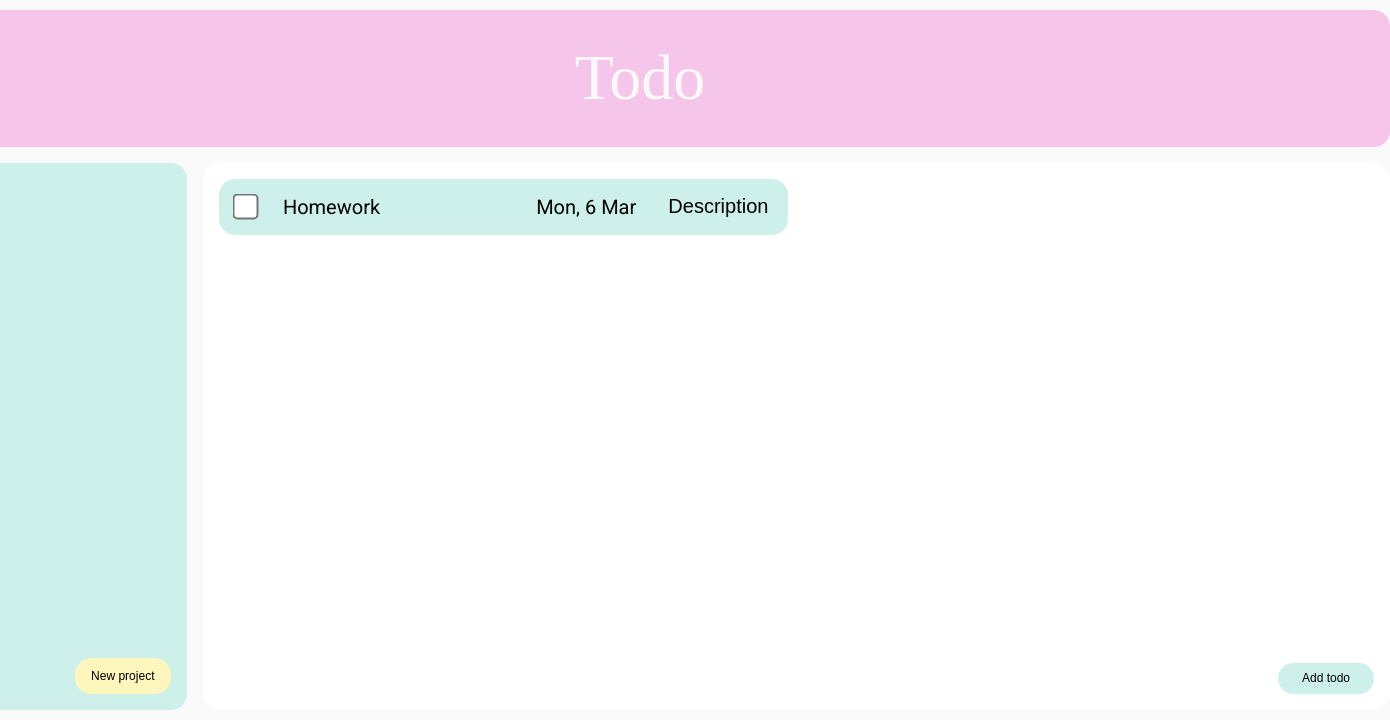
Repository: yeetzpxoci/todo-list
Page: dist/index.html
These files come from the project's save history. The page is drawn as it stood at one moment and after the next save; the edit follows.
The browser window is 1280 px wide. The page is 1390 px wide, so the pictures cover 1390 px, including what lies to the right of the window. The pictures show the whole page.
Some web fonts or font styles are not loaded; a fallback is used.

Above is the page before, as saved 2023-03-07 16:57:47.
Console error: ReferenceError: projectNameSubmit is not defined

### dist/index.html
<!DOCTYPE html>
<html lang="en">
<head>
    <meta charset="UTF-8">
    <meta http-equiv="X-UA-Compatible" content="IE=edge">
    <meta name="viewport" content="width=device-width, initial-scale=1.0">
    <title>Todo List</title>
    <link rel="stylesheet" href="styles.css">
    <link rel="preconnect" href="https://fonts.googleapis.com">
    <link rel="preconnect" href="https://fonts.gstatic.com" crossorigin>
    <link href="https://fonts.googleapis.com/css2?family=Tilt+Warp&display=swap" rel="stylesheet">
    <link href="https://fonts.googleapis.com/css2?family=Roboto&family=Tilt+Warp&display=swap" rel="stylesheet">
</head>
<body>

<script src="main.js"></script>
</body>
</html>

### dist/styles.css
body, html {
    margin:0;
    padding: 0;
}

body {
    min-height: 100vh;
    display: flex;
    flex-direction: column;
    justify-content: center;
    align-items: center;
    font-family: 'Roboto';
    background-color: #F9F9F9;
}

p {
    margin: 0;
    padding: 0;
}

#content {
    width: 1500px;
    height: 700px;
    display: grid;
    grid-template-columns: 1fr 4fr;
    grid-template-rows: 1fr 4fr;
    background-color: #F9F9F9;
    z-index: 0;
    overflow: hidden;
    border-radius: 16px;
    gap: 16px;
}

#header {
    display: flex;
    justify-content: center;
    align-items: center;
    background-color: #F6C6EA;
    font-size: 64px;
    font-family: 'Tilt Warp', cursive;
    grid-column: 1 / 3;
    grid-row: 1 / 2;
    z-index: 1;
    border-radius: 16px;
}

#header p {
    margin: 24px;
    padding: 0;
    color: #F9F9F9;
}

#sidebar {
    display: flex;
    flex-direction: column;
    background-color: #CDF0EA   ;
    grid-column: 1 / 2;
    grid-row: 2 / 3;
    z-index: -1;
    padding-left: 24px;
    padding-top: 24px;
    border-radius: 16px;
}

#projects-div {
    display: flex;
    flex-direction: column;
    width: 100%;
}

#add-project {
    align-self: flex-end;
    border-radius: 16px;
    border-width: 0;
    height: 36px;
    width: 96px;
    font-size: 12px;
    margin-top: auto;
    margin-right: 16px;
    margin-bottom: 16px;
    background-color: #FFF6BD;
    cursor: pointer;
}

#add-todo {
    align-self: flex-end;
    border-radius: 16px;
    border-width: 0;
    height: 36px;
    width: 96px;
    font-size: 12px;
    margin-top: auto;
    margin-bottom: 16px;
    margin-right: 16px;
    background-color: #CDF0EA;
    cursor: pointer;
}

.project-name {
    font-size: 32px;
    font-weight: bold;
    cursor: pointer;
}

#todos-wrapper {
    display: flex;
    flex-direction: column;
    gap: 16px;
    background-color: white;
    border-radius: 16px;
}

#todos {
    height: 100%;
    display: grid;
    grid-template-columns: 1fr 1fr;
    grid-auto-rows: 20%;
    column-gap: 16px;
    padding-left: 16px;
    padding-right: 16px;
    margin-top: 16px;
    overflow: scroll;
}

.todo {
    display: flex;
    justify-content: space-between;
    align-items: center;
    height: 60%;
    background-color: #CDF0EA;
    border-radius: 16px;
    padding-left: 16px;
    padding-right: 16px;
    font-size: 20px;
}

.due {
    padding-left: 128px;
}

.checkbox {
    transform: scale(2);
}

.description {
    background-color: #caf1ff;
    border-radius: 16px;
    border-width: 0px;
    font-size: 20px;
    padding: 4px;
    cursor: pointer;
    background-color: transparent;
}

#description-div {
    display: none;
    flex-direction: column;
    flex-wrap: wrap;
    background-color: #F9F9F9;
    width: 25%;
    height: 40%;
    border-radius: 16px;
    padding: 16px;
    position: absolute;
    margin-left: auto;
    margin-right: auto;
    left: 0;
    right: 0;
    z-index: 2;
    box-shadow: 0 0 0 1600px rgba(0, 0, 0, 0.65);
}

#description-text {
    justify-content: baseline;
}

#close-button {
    margin-top: -8px;
    margin-right: -8px;
    font-weight: bold;
    width: 24px;
    height: 24px;
    align-self: flex-end;
    background-color: transparent;
    border: transparent;
    cursor: pointer;
}

#new-project-form {
    display: none;
    flex-direction: column;
    align-items: center;
    gap: 8px;
    flex-wrap: wrap;
    background-color: #F9F9F9;
    width: 20%;
    height: 10%;
    border-radius: 16px;
    padding: 16px;
    position: absolute;
    margin-left: auto;
    margin-right: auto;
    left: 0;
    right: 0;
    top: 256px;
    z-index: 2;
    box-shadow: 0 0 0 1600px rgba(0, 0, 0, 0.65);
}

#new-todo-form {
    display: none;
    flex-direction: column;
    align-items: center;
    gap: 8px;
    flex-wrap: wrap;
    background-color: #F9F9F9;
    width: 20%;
    height: 20%;
    border-radius: 16px;
    padding: 16px;
    position: absolute;
    margin-left: auto;
    margin-right: auto;
    left: 0;
    right: 0;
    top: 256px;
    z-index: 2;
    box-shadow: 0 0 0 1600px rgba(0, 0, 0, 0.65);
}

### dist/main.js
(()=>{"use strict";let e=[];function t(e){return{name:e,todos:[]}}let n=t("Default");function o(){for(let e=0;e<projects.length;e++){const t=document.createElement("p");t.className="project-name",t.innerHTML=projects[e].name,sidebarDiv.append(t)}}function c(){sidebarDiv.innerHTML=""}n.todos.push({title:"Homework",description:"Networks and Security bTCP Homework",dueDate:"Mon, 6 Mar",priority:"High"}),e.push(n),function(e){const t=document.createElement("div");t.id="content";const n=document.createElement("div");n.id="header";const d=document.createElement("p");d.innerHTML="Todo",n.append(d);const i=document.createElement("div");i.id="sidebar";const a=document.createElement("button");a.id="add-project",a.innerHTML="New project",a.addEventListener("click",(function(){document.getElementById("new-project-form").style.display="flex"})),i.append(a);const s=document.createElement("div");s.id="todos-wrapper";const r=document.createElement("div");r.id="todos";const m=document.createElement("button");m.id="add-todo",m.innerHTML="Add todo",s.append(r,m);const l=document.createElement("button");l.id="close-button",l.innerHTML="X",l.addEventListener("click",(function(){this.parentElement.style.display="none"}));for(let t=0;t<e[0].todos.length;t++){const n=document.createElement("div");n.className="todo";const o=document.createElement("input");o.className="checkbox",o.type="checkbox";const c=document.createElement("p");c.innerHTML=e[0].todos[t].title,c.className="todo-name";const d=document.createElement("p");d.innerHTML=e[0].todos[t].dueDate,d.className="due";const i=document.createElement("p");i.id="description-text",i.innerHTML=e[0].todos[t].description;const a=l.cloneNode(!0);a.addEventListener("click",(function(){this.parentElement.style.display="none"}));const s=document.createElement("div");s.id="description-div",s.append(a,i);const m=document.createElement("button");m.innerHTML="Description",m.className="description",m.addEventListener("click",(function(){this.previousElementSibling.style.display="flex"})),n.append(o,c,d,s,m),r.append(n)}const p=document.createElement("form");p.id="new-project-form",p.onsubmit=function(e){e.preventDefault()};const u=document.createElement("input");u.id="project-name-input",u.type="text",u.placeholder="Project name";const E=document.createElement("input");E.type="submit",E.value="Add project",E.addEventListener("click",(function(){c(),o(),this.parentElement.style.display="none"})),p.append(l,u,E),t.append(n,i,s,p),document.body.appendChild(t)}(e),projectNameSubmit.addEventListener("click",(function(){!function(n){let o=t(document.getElementById("project-name-input").value);e.push(o)}(),sidebarDiv.innerHTML="",function(){for(let t=0;t<e.length;t++){const n=document.createElement("p");n.className="project-name",n.innerHTML=e[t].name,sidebarDiv.append(n)}}(),this.parentElement.style.display="none"}))})();

After the next save:
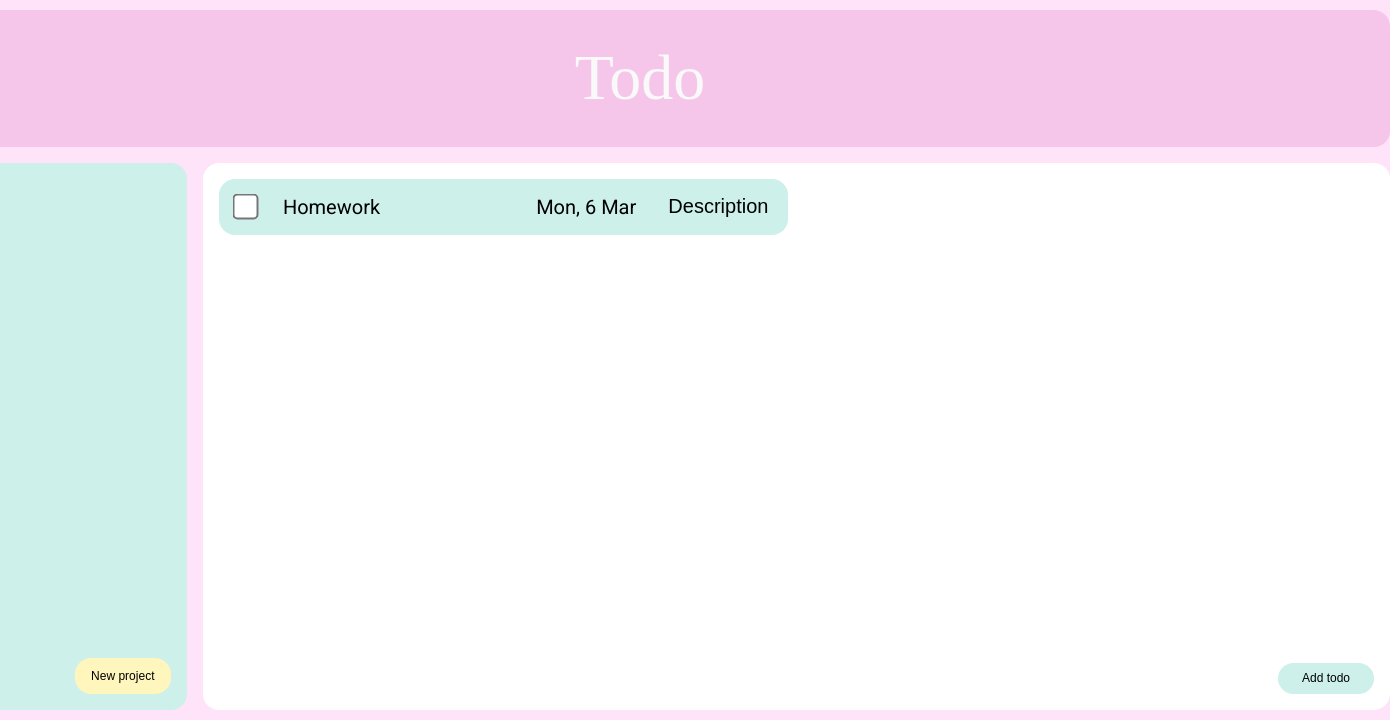
Saved 68 s later.
--- a/dist/styles.css
+++ b/dist/styles.css
@@ -10,7 +10,7 @@ body {
     justify-content: center;
     align-items: center;
     font-family: 'Roboto';
-    background-color: #F9F9F9;
+    background-color: #ffe3f8;
 }
 
 p {
@@ -24,7 +24,7 @@ p {
     display: grid;
     grid-template-columns: 1fr 4fr;
     grid-template-rows: 1fr 4fr;
-    background-color: #F9F9F9;
+    background-color: #ffe3f8;
     z-index: 0;
     overflow: hidden;
     border-radius: 16px;
